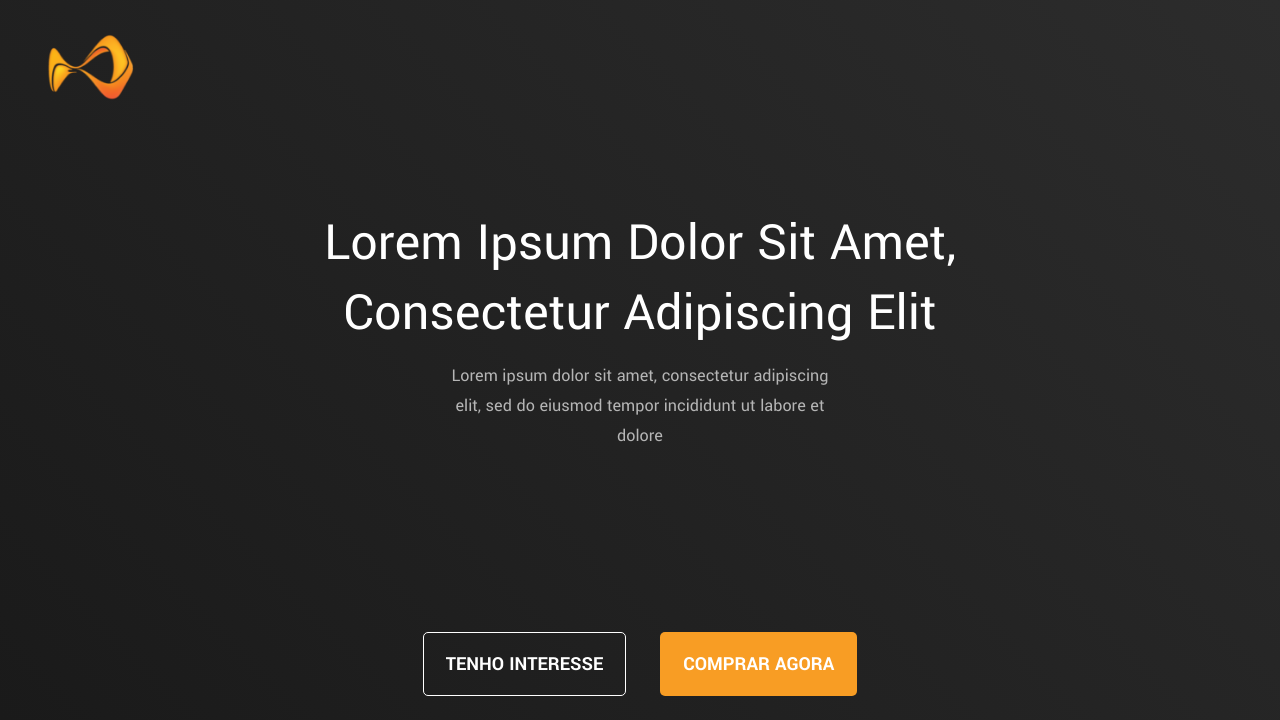
Repository: Rafael-Araujo-dev/Treinamento-Raccoon
Page: Projeto-2/index.html
These files come from the project's save history. The page is drawn as it stood at one moment and after a run of saves; the edit follows.
The browser window is 1280 px wide. The pictures show the whole page.

Above is the page before, as saved 2021-09-23 07:33:58.

### Projeto-2/index.html
<!DOCTYPE html>
<html>
    <head>
        <title></title>
        <meta charset="utf-8"/>
        <meta name="viewport" content="width=device-width,initial-scale=1.0,maximum-scale=1.0">
        <link rel="preconnect" href="https://fonts.googleapis.com">
        <link rel="preconnect" href="https://fonts.gstatic.com" crossorigin>
        <link href="https://fonts.googleapis.com/css2?family=Yantramanav:wght@300;400;700&display=swap" rel="stylesheet">
        <link rel="stylesheet" href="css/style.css"/>
    </head>
    <body>
        <section class="hero-section">
            <div class="hero-header">
                <img class="logo" src="images/LOGOSYNAPSE_simbolo_laranja.png"/>
            </div>
            <div class="hero-container">
                <div class="hero-title">
                    Lorem ipsum dolor sit amet, consectetur adipiscing elit
                </div>
                <div class="hero-text">
                    Lorem ipsum dolor sit amet, consectetur adipiscing elit, sed do eiusmod tempor incididunt ut labore et dolore
                </div>
            </div>
            <div class="hero-btn-group">
                <button class="btn secondary">
                    Tenho interesse
                </button>
                <button class="btn primary">
                    Comprar agora
                </button>
            </div>
        </section>

        <section class="course-summary">

        </section>

    </body>
</html>

### Projeto-2/css/style.css
* {
    margin: 0;
    padding: 0;
    box-sizing: border-box;
    font-family: 'Yantramanav', sans-serif;
}

.btn {
    font-size: 20px;
    text-transform: uppercase;
    padding: 18px 22px;
    margin: 0px 15px 24px 15px;
    font-weight: bold;
}

@media (max-width: 890px) {
    .btn {
        font-size: 20px;
    }
}

@media (max-width: 645px) {
    .btn {
        font-size: 17px;
    }
}

@media (max-width: 500px) {
    .btn {
        font-size: 16px;
    }
}

.btn.primary {
    background-color: #F89D24;
    border: 1px solid transparent;
    border-radius: 5px;
    color: #FFF;
}

.btn.secondary {
    background-color: transparent;
    border: 1px solid #FFF;
    border-radius: 5px;
    color: #FFF;
}

.hero-section {
    background: rgb(26,26,26);
    background: linear-gradient(45deg, rgba(26,26,26,1) 0%, rgba(44,44,44,1) 100%);
    min-height: 100vh;
    display: flex;
    flex-direction: column;
    justify-content: space-around;
}

.hero-header .logo {
    margin-left: 3.15%;
    margin-top: 2%;
    width: 12.1%;
    max-width: 100px;
}

.hero-container {
    position: relative;
    margin: auto;
    width: 50%;
    display: flex;
    flex-direction: column;
    flex-wrap: wrap;
}

@media (max-width: 1240px) {
    .hero-container {
        width: 60%;
    }
}

@media (max-width: 1028px) {
    .hero-container {
        width: 70%;
    }
}

@media (max-width: 890px) {
    .hero-container {
        width: 80%;
    }
}

.hero-title, .hero-text {
    color: #FFFFFF;
    text-align: center;
}

.hero-title {
    font-size: 54px;
    /* margin-top: 15.5vh; */
    text-transform: capitalize;
}

@media (max-width: 890px) {
    .hero-title {
        /* margin-top: 14%; */
        font-size: 45px;
    }
}

@media (max-width: 645px) {
    .hero-title {
        /* margin-top: 8%; */
        font-size: 40.5px;
    }
}

@media (max-width: 500px) {
    .hero-title {
        /* margin-top: 0%; */
    }
}

.hero-text {
    color: #B5B5B5;
    font-size: 18px;
    width: 60%;
    margin-top: 1.8vh;
    line-height: 30px;
    align-self: center;
}

@media (max-width: 1024px) {
    .hero-text {
        width: 80%;
    }
}

@media (max-width: 890px) {
    .hero-text {

        font-size: 15px;
        width: 50%;
    }
}

@media (max-width: 645px) {
    .hero-text {

        font-size: 13.5px;
        width: 80%;
    }
}

@media (max-width: 500px) {
    .hero-text {
        /* margin-top: 5%; */
        width: 100%;
    }
}

.hero-btn-group {
    margin-top: 12vh;
    text-align: center;

}

After the next 2 saves:
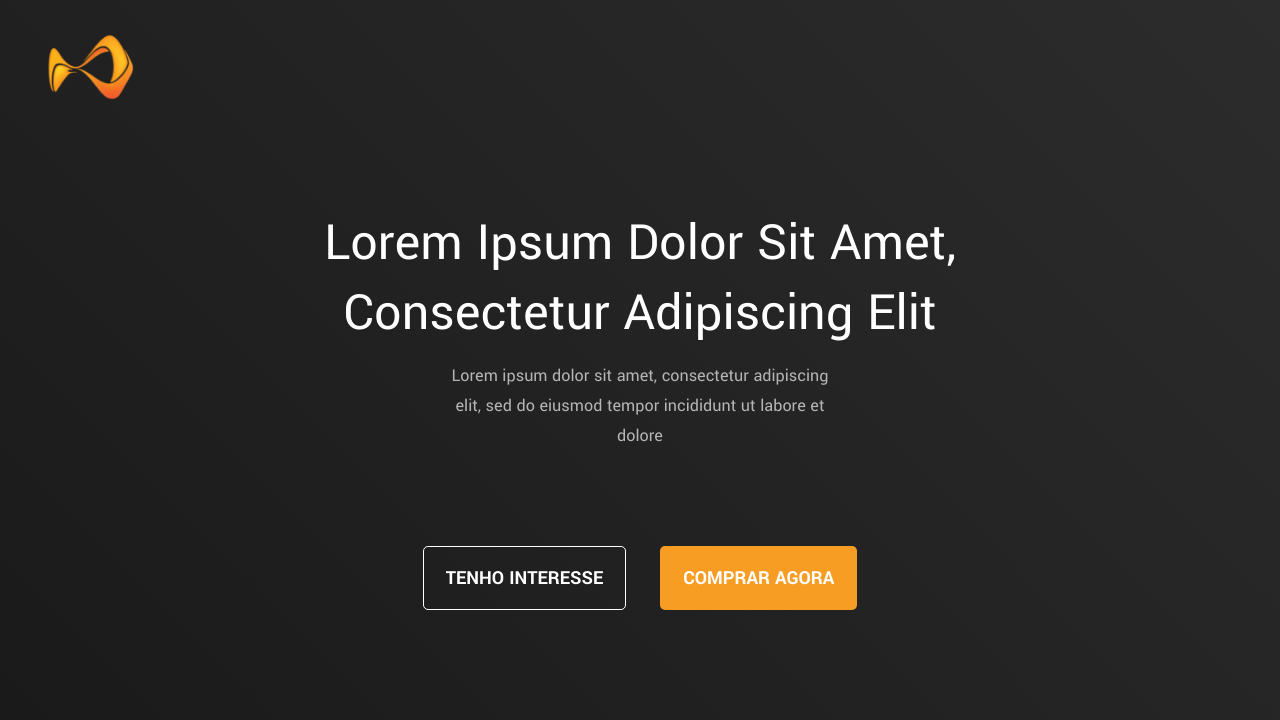
The 2 saves are shown as one change because they came seconds apart.
The last was saved 63 s later.
--- a/Projeto-2/css/style.css
+++ b/Projeto-2/css/style.css
@@ -158,7 +158,7 @@
 }
 
 .hero-btn-group {
-    margin-top: 12vh;
+    margin-bottom: 12vh;
     text-align: center;
 
 }
